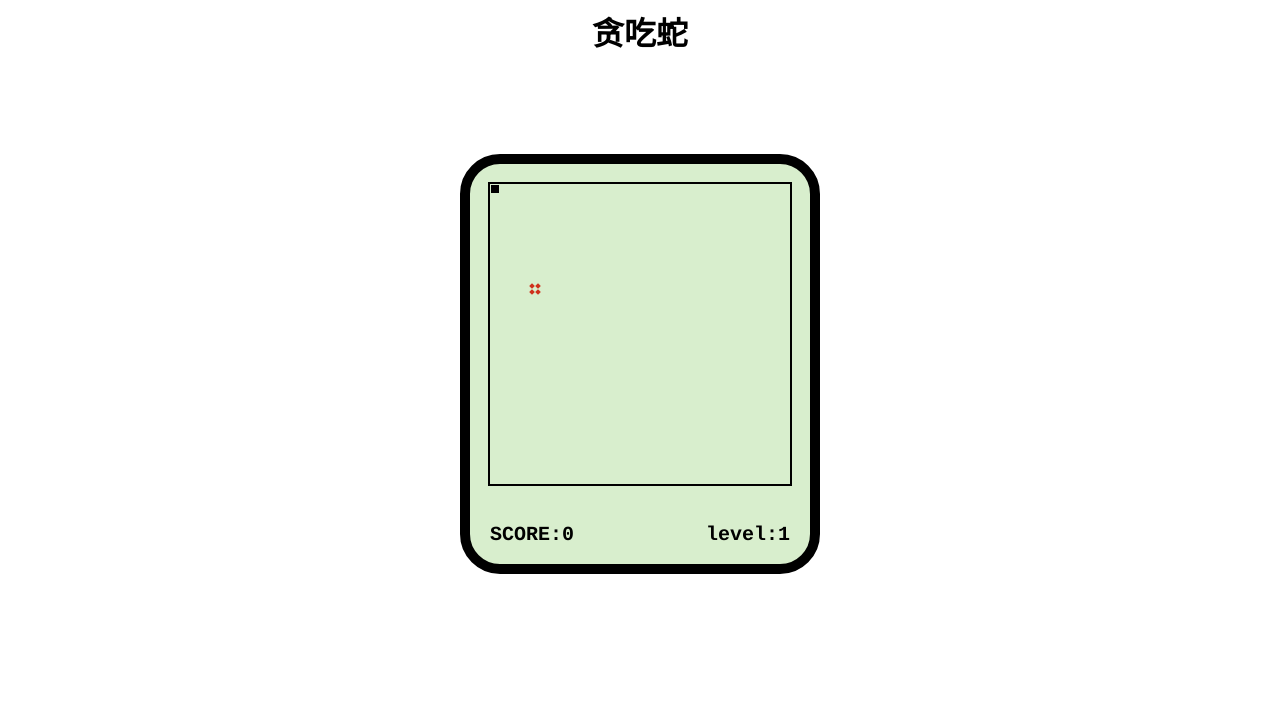
Repository: ziqiaom2/Vue3-cli-test
Page: /greedysnake
These files come from the project's save history. The page is drawn as it stood at one moment and after the next save; the edit follows.
The browser window is 1280 px wide. The pictures show the whole page.
The project was rebuilt for these pictures with package versions that can differ from the ones it lists, and the page was loaded fresh each time.

Above is the page before, as saved 2021-12-24 16:36:14.

### src/main.ts
import { createApp } from "vue";
import App from "./App.vue";
import router from "./router";
import store from "./store";

const app = createApp(App)
app.use(router)
app.mount('#app')

### src/App.vue
<template>
  <router-view></router-view>
</template>

<script>


import { reactive, toRefs } from "@vue/reactivity";
import { useRouter } from 'vue-router';
export default {
  name: "App",
  components: {
  },
}
</script>

<style>
/*base*/
body {
  background: #fff;
}
.btn {
  display: inline-block;
  padding: 4px 12px;
  margin-bottom: 0;
  font-size: 14px;
  line-height: 20px;
  text-align: center;
  vertical-align: middle;
  cursor: pointer;
  box-shadow: inset 0 1px 0 rgba(255, 255, 255, 0.2),
    0 1px 2px rgba(0, 0, 0, 0.05);
  border-radius: 4px;
}
.btn-danger {
  color: #fff;
  background-color: #da4f49;
  border: 1px solid #bd362f;
}
.btn-danger:hover {
  color: #fff;
  background-color: #bd362f;
}
.btn:focus {
  outline: none;
}
.todo-container {
  width: 600px;
  margin: 0 auto;
}
.todo-container .todo-wrap {
  padding: 10px;
  border: 1px solid #ddd;
  border-radius: 5px;
}
</style>

### src/router/index.ts
import Vue from 'vue';
import {createRouter,createWebHistory,RouteRecordRaw} from 'vue-router';


import routes from "./routes";

// let firstEnterFlag = true;



const router = createRouter({
  history:createWebHistory(),
  routes
});

export default router;

### src/router/routes.ts
import { RouteRecordRaw } from "vue-router";

const routes :Array<RouteRecordRaw>= [
  {
    path: "/greedysnake",
    name: "greedysnake",
    component:
     () => import(/* webpackChunkName: "greedy-snake" */ "../pages/GreedySnake.vue"),
  },
  {
    path: "/",
    name: "home",
    component:
     () => import(/* webpackChunkName: "Home" */ "../pages/Home.vue"),

  }
];
export default routes;

### src/pages/GreedySnake.vue
<template>
  <h1>贪吃蛇</h1>
  <div class="init">
    <div id="main">
      <div id="stage">
        <div id="snake">
          <!--snake内部的div 表示蛇的各部分-->
          <div></div>
        </div>

        <!--设置食物-->
        <div id="food">
          <!--添加四个小div 来设置食物的样式-->
          <div></div>
          <div></div>
          <div></div>
          <div></div>
        </div>
      </div>
      <!--设置游戏的积分牌-->
      <div id="score-panel">
        <div>SCORE:<span id="score">0</span></div>
        <div>level:<span id="level">1</span></div>
      </div>
    </div>
  </div>
</template>

<script>
import Food from '@/GreedySnake/Food';



export default {
  name: "GreedySnake",

};
</script>

<style lang="less" src='../GreedySnake/index.less' scoped>
</style>

### src/GreedySnake/index.less
// 设置变量
@bg-color: #d8eecd;

//清除默认样式
*{
  margin: 0;
  padding: 0;
  // 改变盒子模型的计算方式
  box-sizing: border-box;
}

.init{
  font: bold 20px "Courier";
}
h1{
  display: flex;
  justify-content: center;
  align-items: center;
}
//设置主窗口的样式
#main{
  width: 360px;
  height: 420px;
  // 设置背景颜色
  background-color: @bg-color;
  // 设置居中
  margin: 100px auto;
  border: 10px solid black;
  // 设置圆角
  border-radius: 40px;

  // 开启弹性盒模型
  display: flex;
  // 设置主轴的方向
  flex-flow: column;
  // 设置侧轴的对齐方式
  align-items: center;
  // 设置主轴的对齐方式
  justify-content: space-around;

  // 游戏舞台
  #stage{
    width: 304px;
    height: 304px;
    border: 2px solid black;
    // 开启相对定位
    position: relative;

    // 设置蛇的样式
    #snake{
      &>div{
        width: 10px;
        height: 10px;
        background-color: #000;
        border: 1px solid @bg-color;
        // 开启绝对定位
        position: absolute;
      }
    }

    // 设置食物
    #food{
      width: 10px;
      height: 10px;
      position: absolute;
      left: 40px;
      top: 100px;

      // 开启弹性盒
      display: flex;
      // 设置横轴为主轴，wrap表示会自动换行
      flex-flow: row wrap;

      // 设置主轴和侧轴的空白空间分配到元素之间
      justify-content: space-between;
      align-content: space-between;

      &>div{
        width: 4px;
        height: 4px;
        background-color: rgb(207, 48, 27);

        // 使四个div旋转45度
        transform: rotate(45deg);
      }
    }
  }

  // 记分牌
  #score-panel{
    width: 300px;
    display: flex;
    // 设置主轴的对齐方式
    justify-content: space-between;
  }
}

### src/GreedySnake/Food.ts
class Food {
  element: HTMLElement;
  constructor() {
    this.element = document.getElementById("food")!;
  }

  get X() {
    return this.element.offsetLeft;
  }
  get Y() {
    return this.element.offsetTop;
  }
  change() {
    const top = Math.round(Math.random() * 29) * 10;
    const left = Math.round(Math.random() * 29) * 10;

    this.element.style.left = left + "px";
    this.element.style.top = left + "px";
  }

}


export default Food

Loaded but not shown: public/index.html (common file)

After the next save:
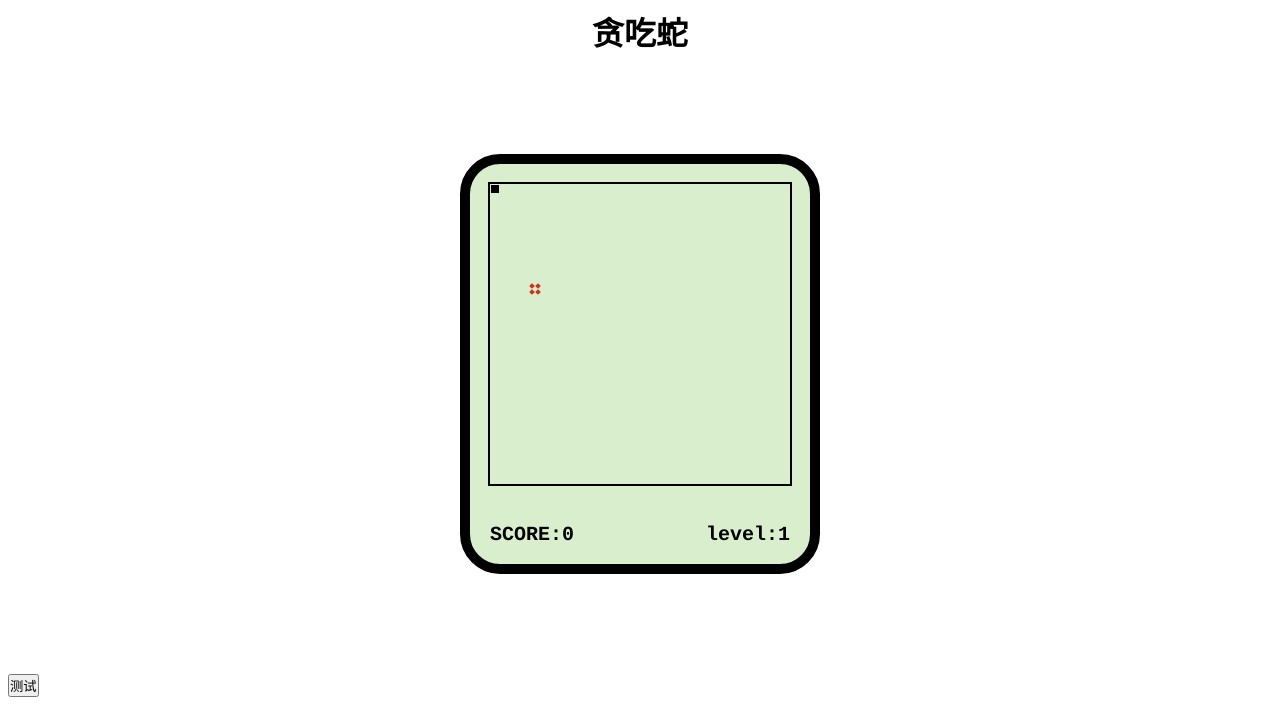
Saved 87 s later.
--- a/src/pages/GreedySnake.vue
+++ b/src/pages/GreedySnake.vue
@@ -23,17 +23,26 @@
         <div>level:<span id="level">1</span></div>
       </div>
     </div>
+    <button @click="toTest">测试</button>
   </div>
 </template>
 
 <script>
-import Food from '@/GreedySnake/Food';
-
-
+import Food from "@/GreedySnake/Food";
 
 export default {
   name: "GreedySnake",
-
+  setup() {
+    function toTest() {
+      const food = new Food();
+      console.log(food.X, food.Y);
+      food.change();
+      console.log(food.X, food.Y);
+    }
+    return{
+      toTest
+    }
+  },
 };
 </script>
 
